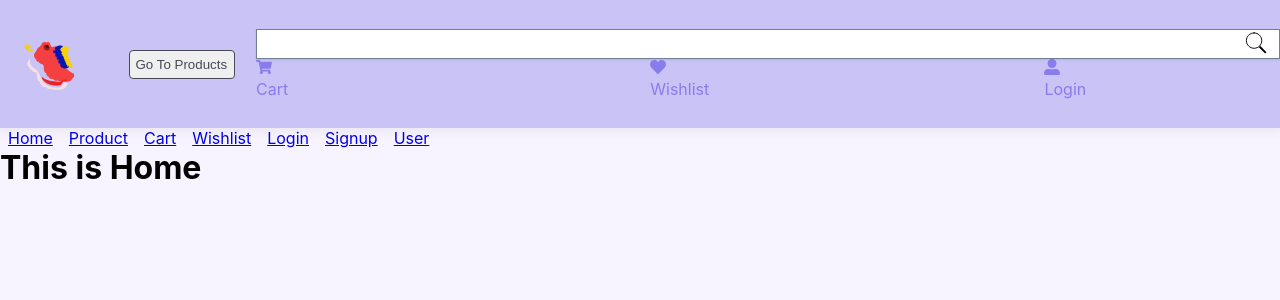
Repository: Irfan-vit/shoecase
Page: /
These files come from the project's save history. The page is drawn as it stood at one moment and after a run of saves; the edit follows.
The browser window is 1280 px wide. The pictures show the whole page.
The page's requests for data from a server got no answer. The project was rebuilt for these pictures with package versions that can differ from the ones it lists, and the page was loaded fresh each time. No one was signed in, and anything a server would have sent is missing. Also part of the build but not shown: src/pages/Product/ProductPage.jsx, src/pages/cart/CartPage.jsx, src/pages/wishlist/WishlistPage.jsx, src/pages/login/LoginPage.jsx, src/pages/signup/SignupPage.jsx, src/pages/user/StyledUser.jsx, src/components/forms/addAddress/AddAddress.jsx, src/components/forms/editAddress/EditAddress.jsx and 4 more.

Above is the page before, as saved 2023-05-22 04:44:59.

After the next 2 saves:
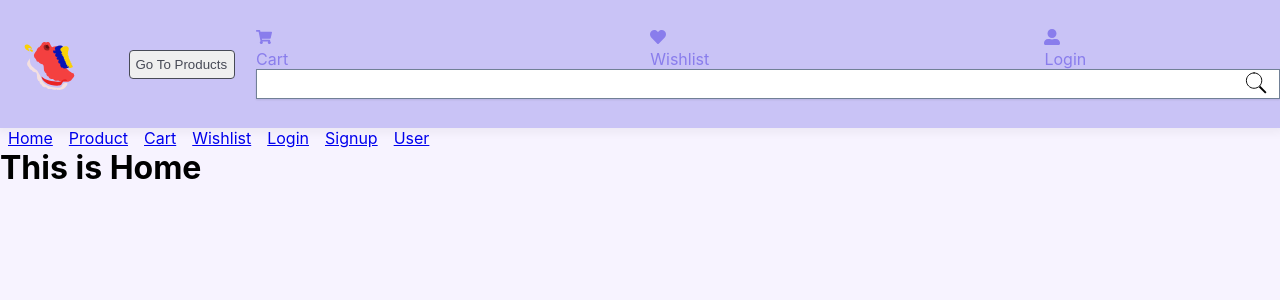
The 2 saves are shown as one change because they came seconds apart.
The last was saved 11 s later.
--- a/src/styles/NavBarStyles.jsx
+++ b/src/styles/NavBarStyles.jsx
@@ -30,6 +30,7 @@ const StyledNav = styled.nav`
     justify-content: space-between;
     flex-basis: 80%;
     > :nth-child(1) {
+      order: 2;
       flex-basis: 80%;
     }
     > :nth-child(2) {
